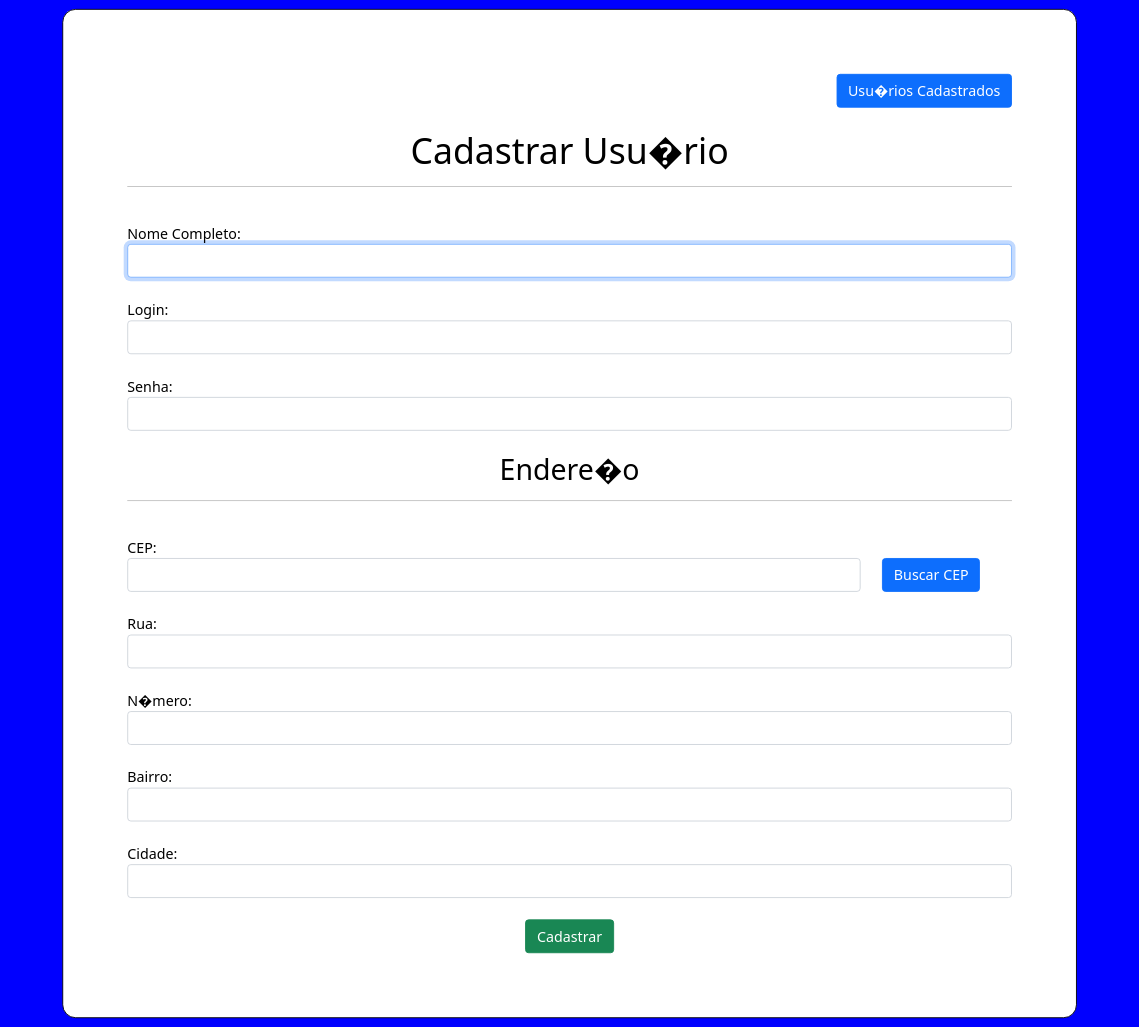
Repository: Magicianred/spring-mvc
Page: http://localhost/index
The author's editor kept a copy of each file at every save. The page is drawn from the files as they stood at one save, then again after the next save.
The browser window is 1280 px wide. The pictures show the whole page, at 89% of full size.
The page is this project's Thymeleaf template; nobody is signed in. The template is opened directly, without the code that normally fills it, so the values that code supplies are empty.

Above is the page before, as saved 2021-01-13 02:36:22.

After the next save:
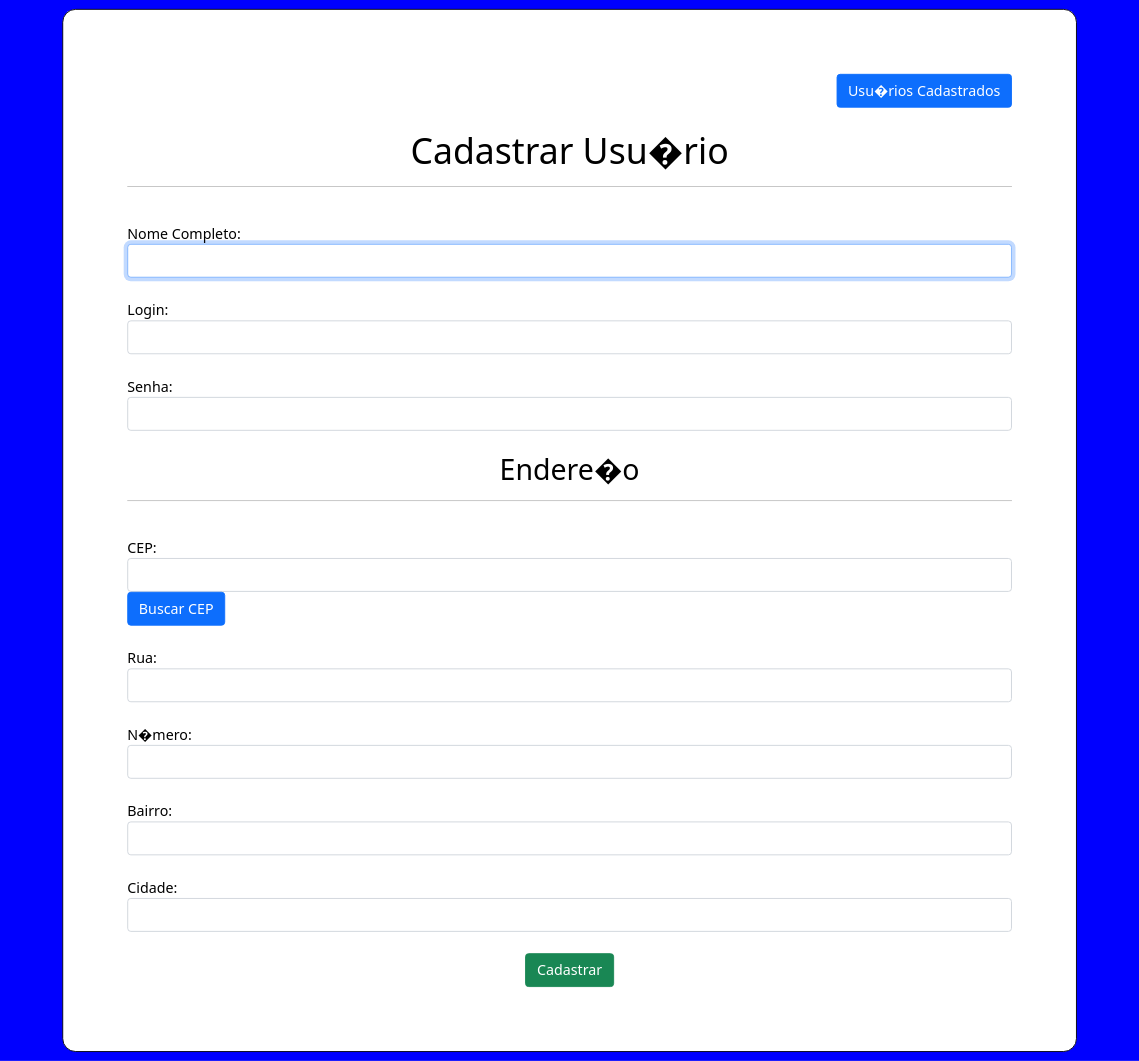
Saved 5 s later.
--- a/springmvc/src/main/resources/templates/index.html
+++ b/springmvc/src/main/resources/templates/index.html
@@ -41,7 +41,7 @@ xmlns:layout="http://www.ultraq.net.nz/thymeleaf/layout">
 		<hr><br/>
 		<div class="form-group row">
 			<label>CEP:</label> <br />
-			<div class="col-md-10"><input class="form-control" type="text" name="cep" id="cep" /></div>
+			<div class="col-md-12"><input class="form-control" type="text" name="cep" id="cep" /></div>
 			<div class="col-md-2"><button class="btn btn-primary" onclick="buscar()">Buscar CEP</button></div>
 		</div>
 		<br />
